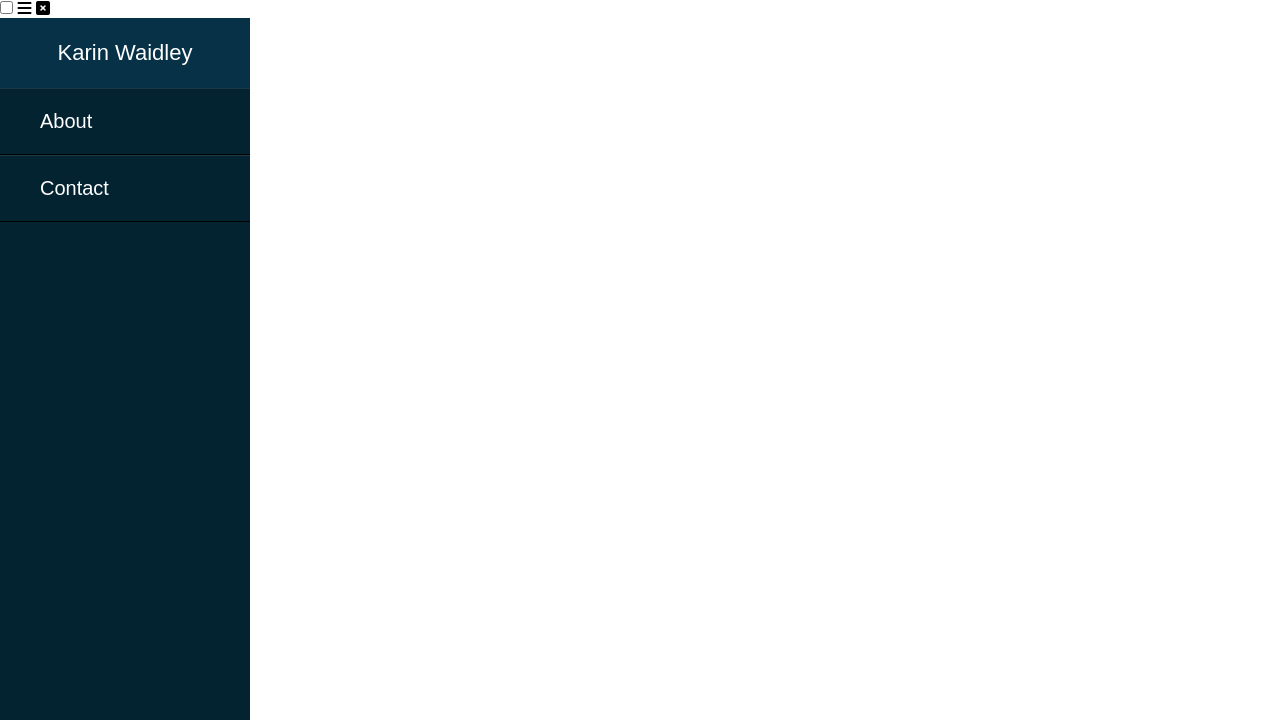
Repository: Ceasor7/Karin
Page: test.html
The author's editor kept a copy of each file at every save. The page is drawn from the files as they stood at one save, then again after the next save.
The browser window is 1280 px wide. The pictures show the whole page.
Some web libraries are served in a nearby version.

Above is the page before, as saved 2023-12-15 16:26:26.

After the next save:
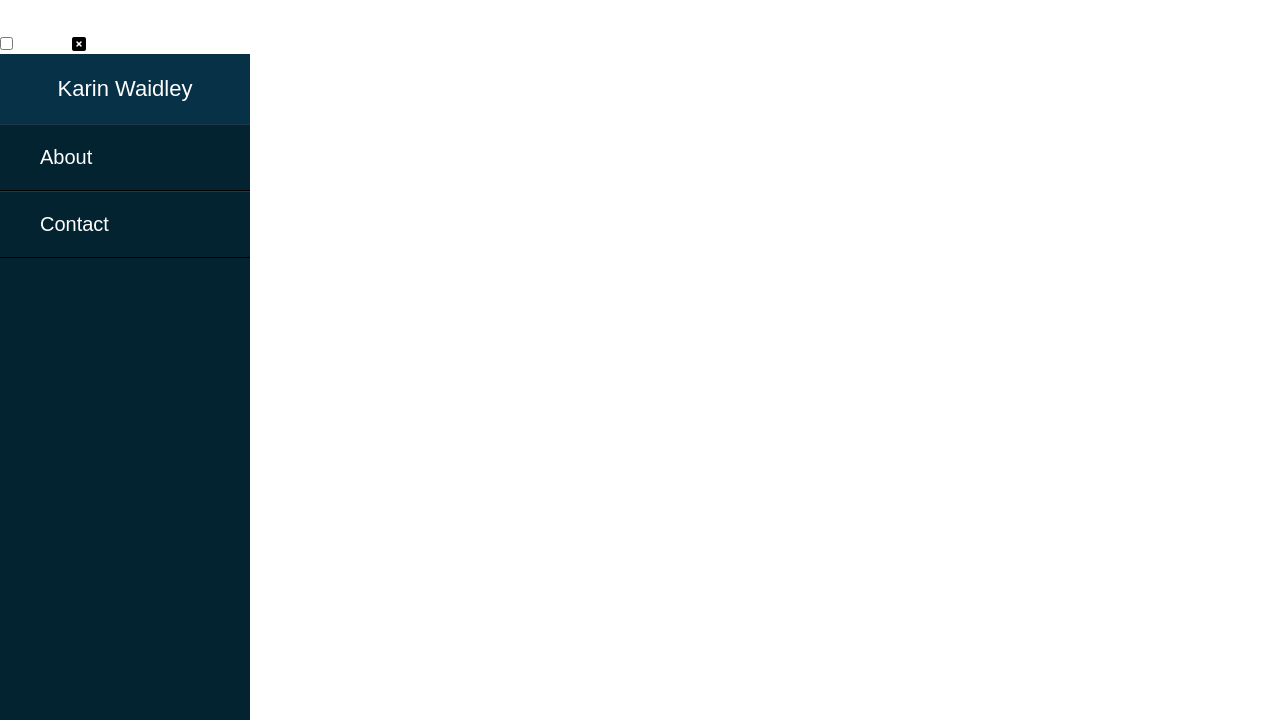
Saved 2 min 55 s later.
--- a/test.html
+++ b/test.html
@@ -13,7 +13,12 @@
 <body>
     <input type="checkbox" id="check">
     <label for="check">
-        <i class="fa-solid fa-bars"></i>
+        <svg xmlns="http://www.w3.org/2000/svg" x="0px" y="0px" width="50" height="50" viewBox="0 0 50 50"
+            style="fill:#FFFFFF;">
+            <path
+                d="M 0 7.5 L 0 12.5 L 50 12.5 L 50 7.5 Z M 0 22.5 L 0 27.5 L 50 27.5 L 50 22.5 Z M 0 37.5 L 0 42.5 L 50 42.5 L 50 37.5 Z">
+            </path>
+        </svg>
         <i class="fa-solid fa-square-xmark"></i>
     </label>
     <div class="sidebar">
